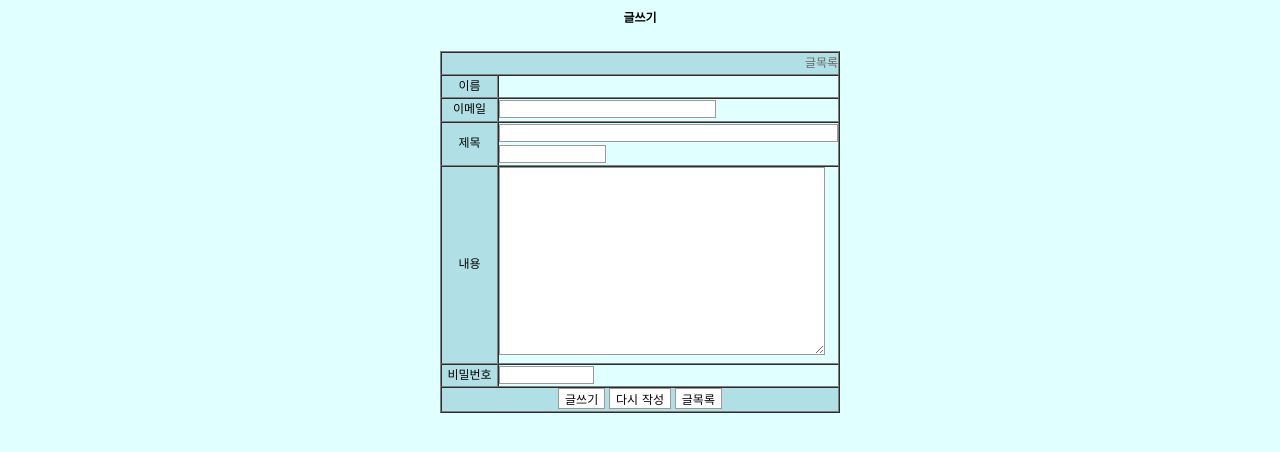
Repository: harib0h23/my-jsp-project
Page: http://localhost/ServletProject/boardone/writeForm.jsp
These files come from the project's save history. The page is drawn as it stood at one moment and after the next save; the edit follows.
The browser window is 1280 px wide. The pictures show the whole page.
The page is served by Tomcat 9.

Above is the page before, as saved 2025-08-04 06:20:29.

After the next save:
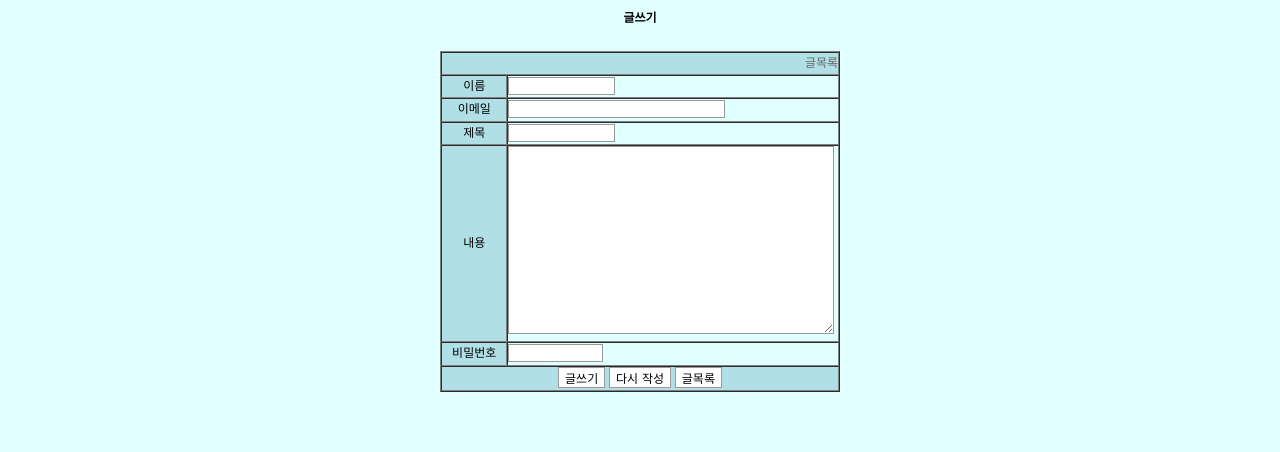
Saved 8 min 18 s later.
--- a/ServletProject/src/main/webapp/boardone/writeForm.jsp
+++ b/ServletProject/src/main/webapp/boardone/writeForm.jsp
@@ -48,7 +48,7 @@ align="center" bgcolor="<%=bodyback_c %>">
 <tr>
 	<td width="70" bgcolor="<%=value_c %>" align="center">이름</td>
 	<td width="330">
-
+		<input type="text" size="12" maxlength="12" name="writer">
 
 	</td>
 </tr>
@@ -63,10 +63,9 @@ align="center" bgcolor="<%=bodyback_c %>">
 <tr>
 	<td width="70" bgcolor="<%=value_c %>" align="center">제목</td>
 	<td width="330">
-		<input type="text" size="50" maxlength="50" name="subject">
-		<% if(request.getParameter("num")==null){ %>
+		<% if(request.getParameter("num")==null){ //새글일때%>
 		<input type="text" size="12" maxlength="12" name="write">
-		<% }else{ %>
+		<% }else{ //답변글일때%>
 		<input type="text" size="12" maxlength="12" name="write" value="[답변]">
 		<%} %>
 	</td>
